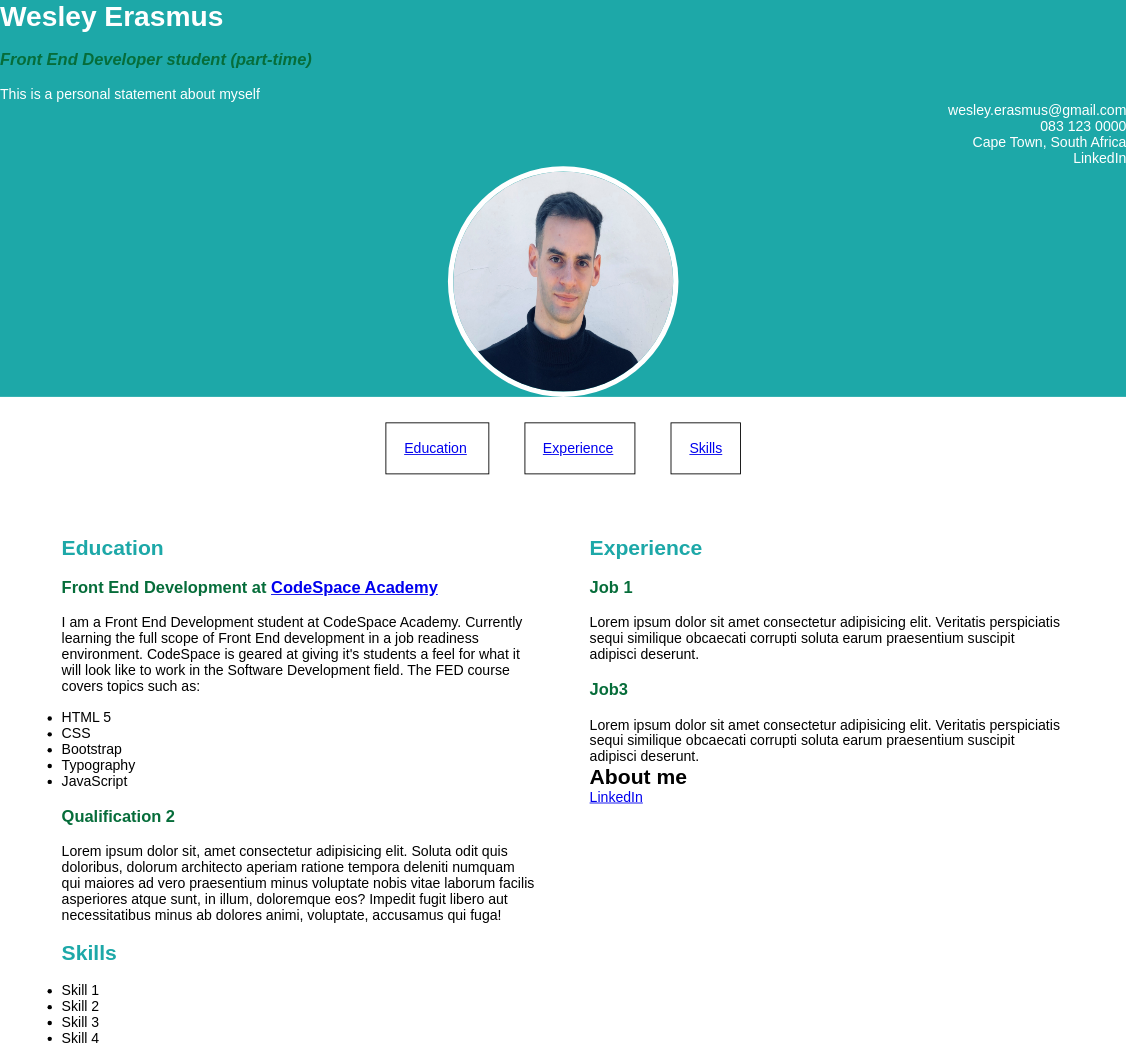
Repository: WesleyErasmus/myDigitalResume
Page: Resume-Projec-3/index.html
An editor plug-in stored every save of this project. The page is shown before and after the next save, followed by the edit.
The browser window is 1280 px wide. The pictures show the whole page, at 88% of full size.

Above is the page before, as saved 2022-02-12 13:27:05.

### Resume-Projec-3/index.html
<!DOCTYPE html>
<html lang="en">

<head>
  <meta charset="UTF-8">
  <meta http-equiv="X-UA-Compatible" content="IE=edge">
  <meta name="viewport" content="width=device-width, initial-scale=1.0">
  <title>Hello World</title>
  <link rel="stylesheet" href="styles.css">
</head>

<body>
  <header>
    <h1>Wesley Erasmus</h1>
    <h3> <em>Front End Developer student (part-time)</em></h3>
    <p>This is a personal statement about myself</p>

    <ul class="contact-details">
      <li>wesley.erasmus@gmail.com</li>
      <li>083 123 0000</li>
      <li>Cape Town, South Africa</li>
      <li>LinkedIn</li>
    </ul>

    <img id="headshot" src="images/IMG_01081.jpg" alt="Portrait image of Wesley Erasmus" width="300px" height="auto">

  </header>
  <nav>

    <ul class="page-links">
      <li> <a href="#Education">Education</a> </li>
      <li> <a href="#Experience">Experience</a> </li>
      <li> <a href="#Skills">Skills</a> </li>
    </ul>

  </nav>

  <main>

    <div class="flex-col-1">

      <h2 class="color-headings" id="Education">Education</h2>

      <h3>Front End Development at <a href="https://www.codespace.co.za/" target="_blank">CodeSpace Academy</a> </h3>

      <p>I am a Front End Development student at CodeSpace Academy. Currently learning the full scope of Front End development in a job readiness environment. CodeSpace is geared at giving it's students a feel for what it will look like to work in the Software Development field. The FED course covers topics such as:</p>
      <br>
      <ul>
        <li>HTML 5</li>
        <li>CSS</li>
        <li>Bootstrap</li>
        <li>Typography</li>
        <li>JavaScript</li>
      </ul>

        <h3>Qualification 2</h3>

      <p>Lorem ipsum dolor sit, amet consectetur adipisicing elit. Soluta odit quis doloribus, dolorum architecto
        aperiam ratione tempora deleniti numquam qui maiores ad vero praesentium minus voluptate nobis vitae laborum
        facilis asperiores atque sunt, in illum, doloremque eos? Impedit fugit libero aut necessitatibus minus ab
        dolores animi, voluptate, accusamus qui fuga!</p>




      <h2 class="color-headings" id="Skills">Skills</h2>

      <ul>
      <li>Skill 1</li>
      <li>Skill 2</li>
      <li>Skill 3</li>
      <li>Skill 4</li>
    </ul>

  </div>


    <div class="flex-col-1">
    <h2 class="color-headings" id="Experience">Experience</h2>
    <h3>Job 1</h3>
    <p>Lorem ipsum dolor sit amet consectetur adipisicing elit. Veritatis perspiciatis sequi similique obcaecati
      corrupti soluta earum praesentium suscipit adipisci deserunt.</p>
    <h3>Job3</h3>
    <p>Lorem ipsum dolor sit amet consectetur adipisicing elit. Veritatis perspiciatis sequi similique obcaecati
      corrupti soluta earum praesentium suscipit adipisci deserunt.</p>


    <h2 class="about-me" >About me</h2>
    <p>
      <a href="https://www.linkedin.com/feed/" target="_blank">LinkedIn</a>
    </p>
  </div>

  </main>

</body>

</html>

### Resume-Projec-3/styles.css
* {
    margin: 0;
    padding: 0;
    font-family: sans-serif;
}
header {
    background-color: rgb(29, 168, 168);
    color: #fff;
    margin-bottom: 50px;
}
h3 {
    color: rgb(6, 109, 58);
    margin-top: 20px;
    margin-bottom: 20px;
}
.contact-details {
    text-align: right;
}
img {
    /* find a square profile picture */
    width: 250px;
    height: 250px;
    border-radius: 50%;
    border: 6px solid #fff;
    display: block;
    margin: 0 auto;
}
.page-links li{
    display: inline;
    background-color: #fff;
    margin: 20px;
    padding: 20px;
    border: 1px solid black;
}
.color-headings {
    color: rgb(29, 168, 168);
    margin: 20px 0 20px 0;
}
.page-links{
    text-align: center;
}

main {
    margin: 50px 40px 0 40px;

    display: flex;
    flex-direction: row;
}
.flex-col-1, .flex-col-2 {
    margin: 0 auto;
    text-align: left;
    width: 45%;
    padding: 20px;

}

After the next save:
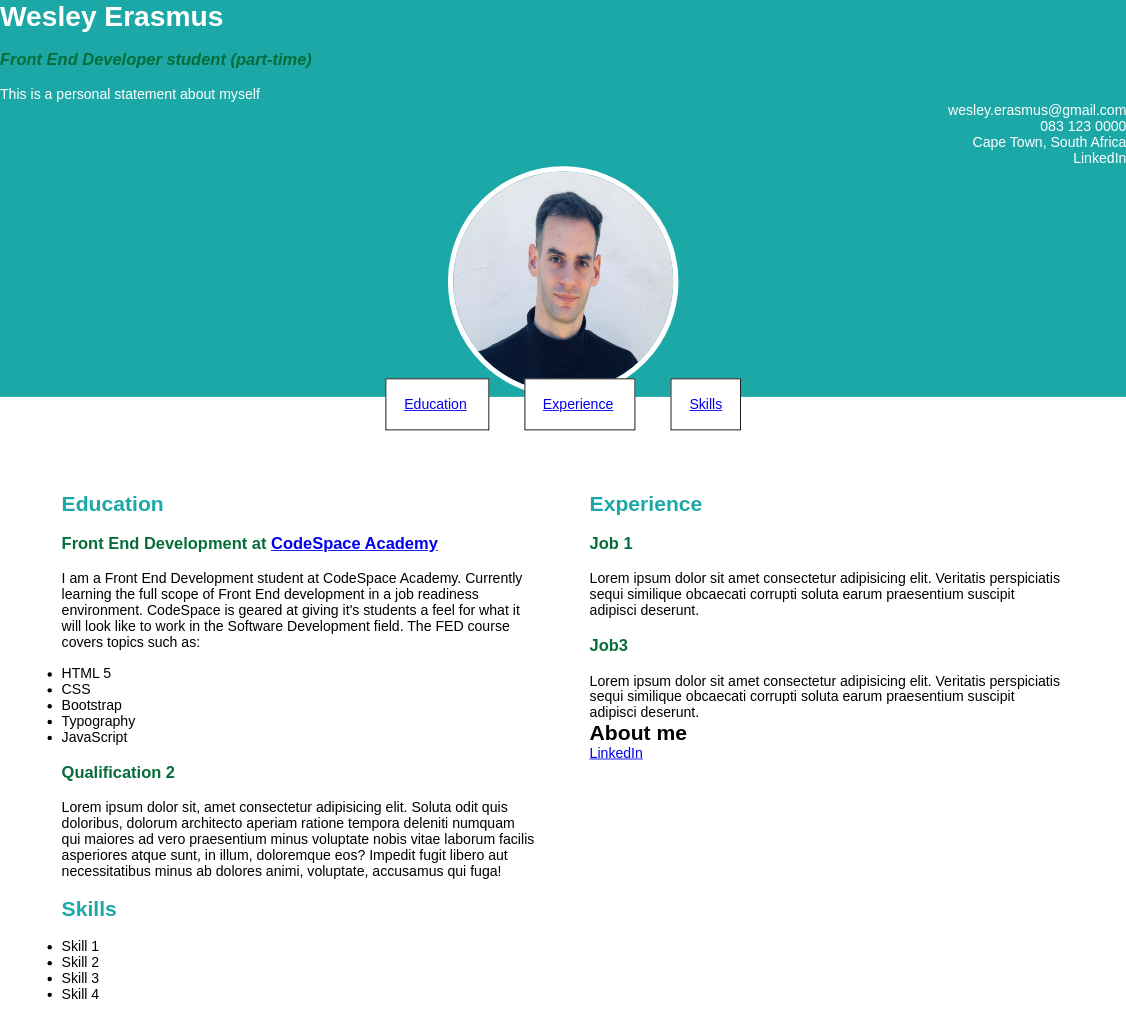
Saved 21 s later.
--- a/Resume-Projec-3/styles.css
+++ b/Resume-Projec-3/styles.css
@@ -6,7 +6,7 @@
 header {
     background-color: rgb(29, 168, 168);
     color: #fff;
-    margin-bottom: 50px;
+    /* margin-bottom: 50px; */
 }
 h3 {
     color: rgb(6, 109, 58);

After the save that followed:
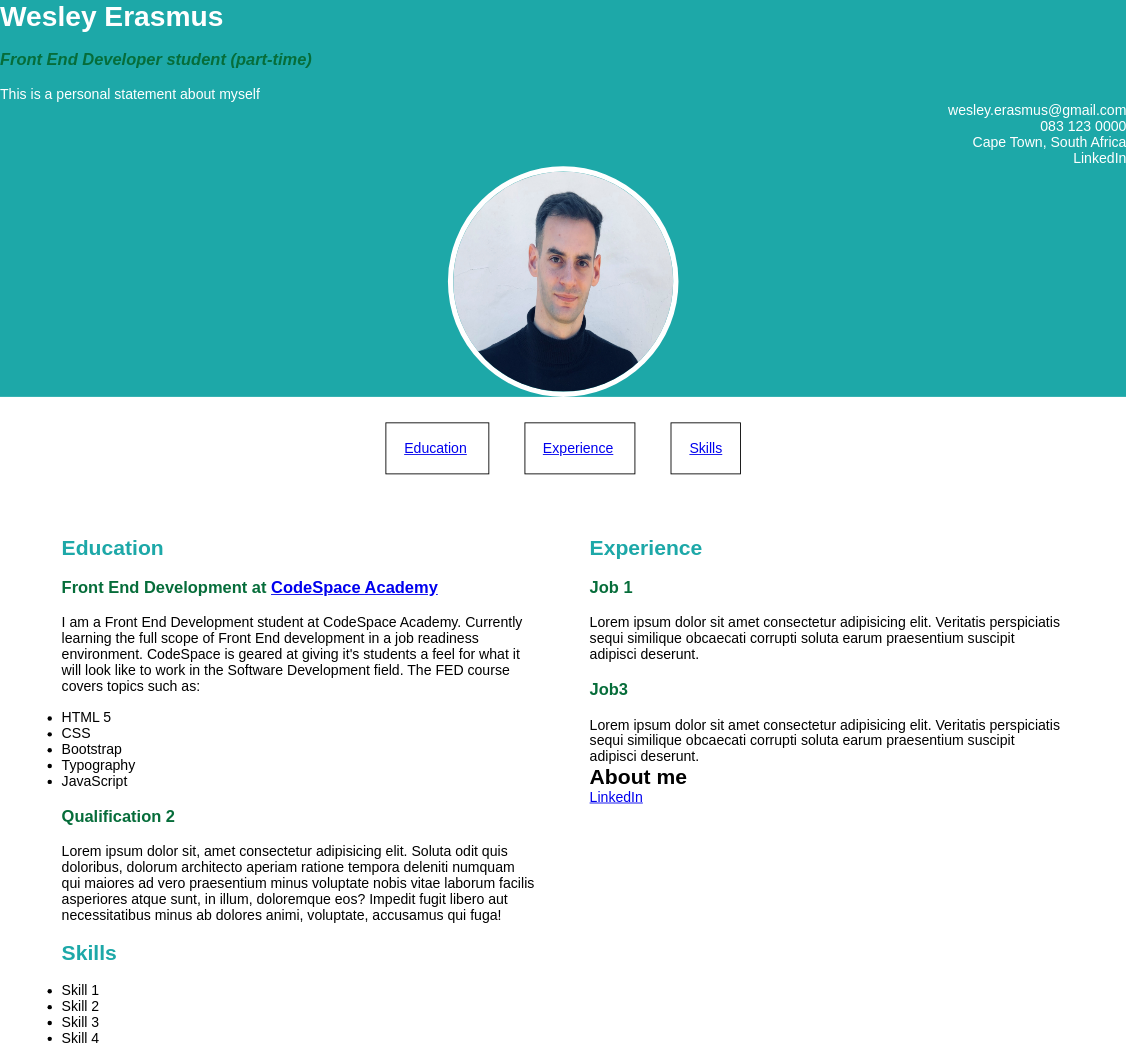
Saved 9 s later.
--- a/Resume-Projec-3/styles.css
+++ b/Resume-Projec-3/styles.css
@@ -4,9 +4,10 @@
     font-family: sans-serif;
 }
 header {
+    display: block;
     background-color: rgb(29, 168, 168);
     color: #fff;
-    /* margin-bottom: 50px; */
+    margin-bottom: 50px;
 }
 h3 {
     color: rgb(6, 109, 58);
